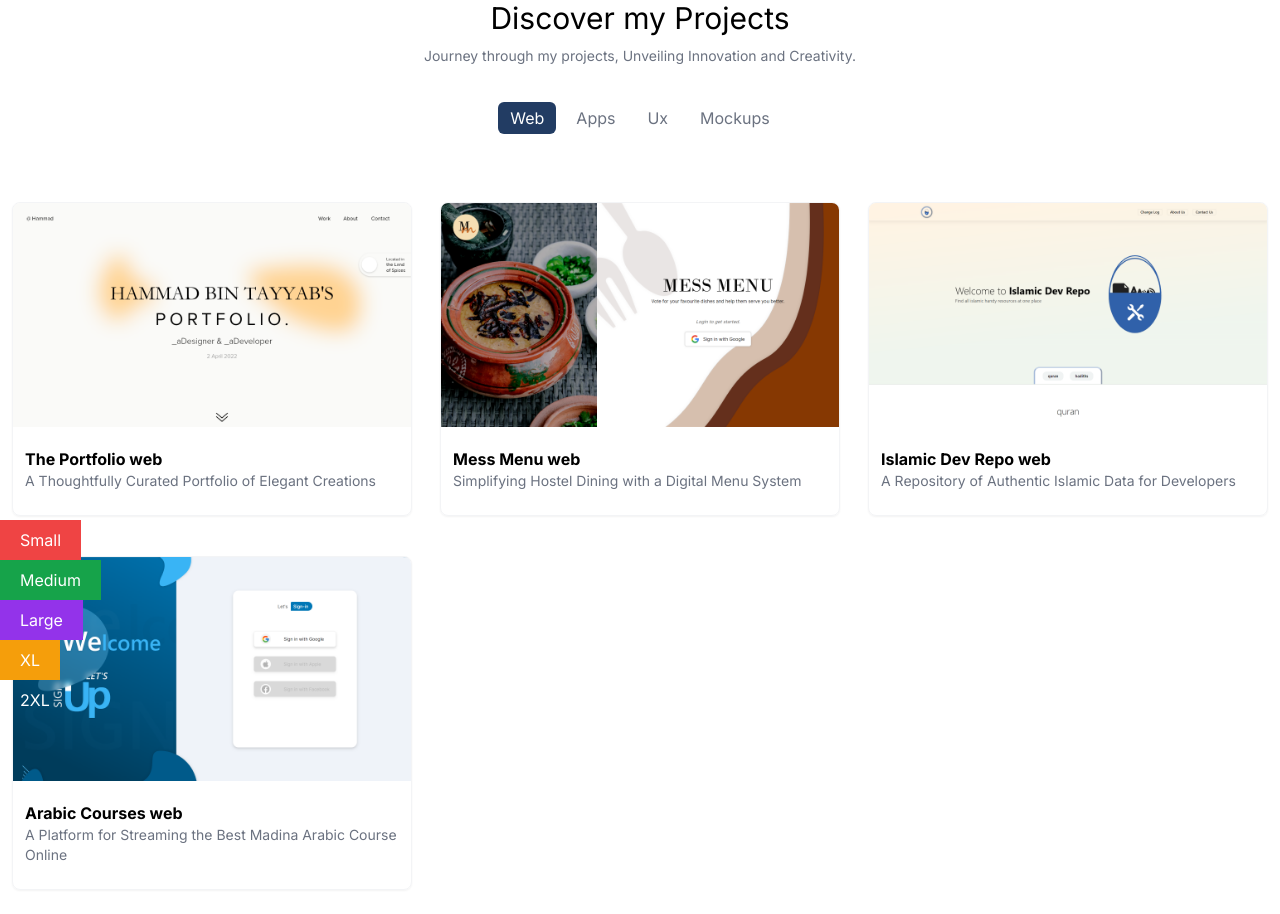
Repository: SpicierEwe/my_portfolio_v2
Page: /
These files come from the project's save history. The page is drawn as it stood at one moment and after the next save; the edit follows.
The browser window is 1280 px wide. The pictures show the whole page.
The project was rebuilt for these pictures with package versions that can differ from the ones it lists, and the page was loaded fresh each time. The framework's server and built-in components were replaced by stand-ins that run in the browser. Also part of the build but not shown: next.config.js, core/utils/customIcons.js, core/utils/utils.tsx, core/db/sub_db_data/ux_db.js.

Above is the page before, as saved 2024-04-22 12:01:54.

After the next save:
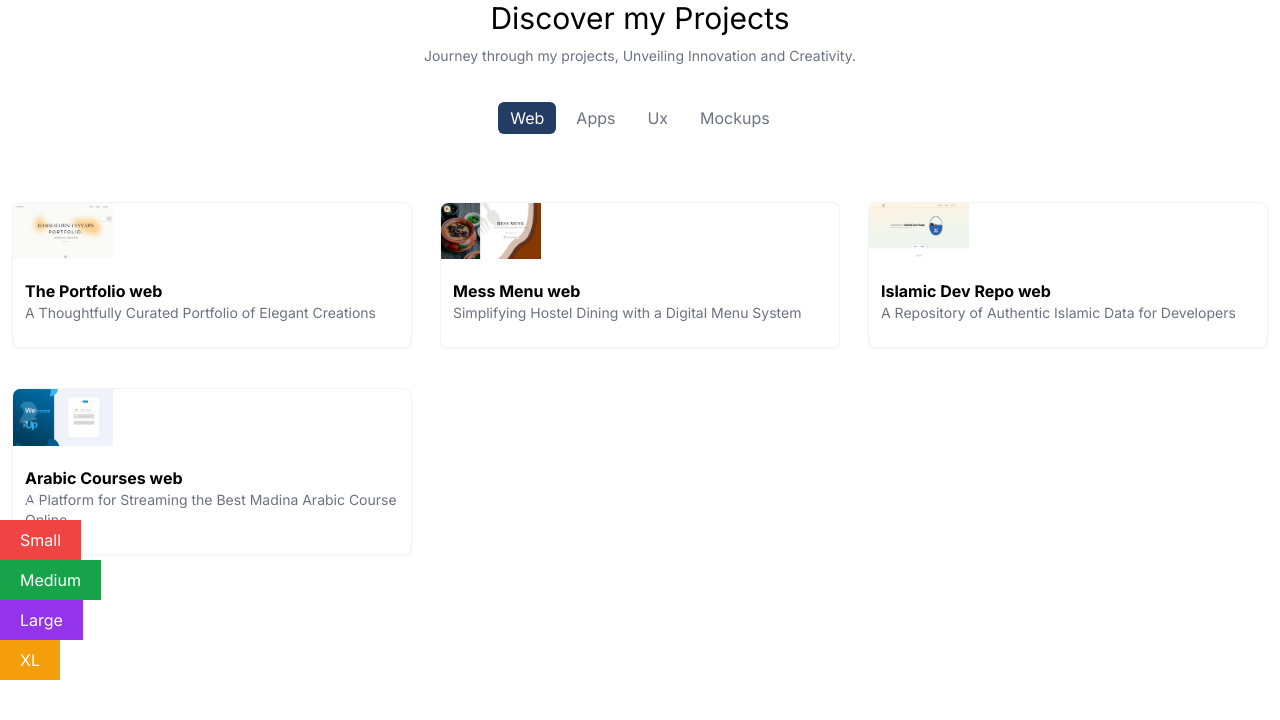
Saved 84 s later.
--- a/Components/Work_section/work_section.tsx
+++ b/Components/Work_section/work_section.tsx
@@ -68,7 +68,6 @@ export default function WorkSection() {
                     alt={projectName}
                     height={100}
                     width={100}
-                    layout="responsive"
                   />
                   <div className="ml-3 mb-6 mt-5">
                     <p className="font-bold">
